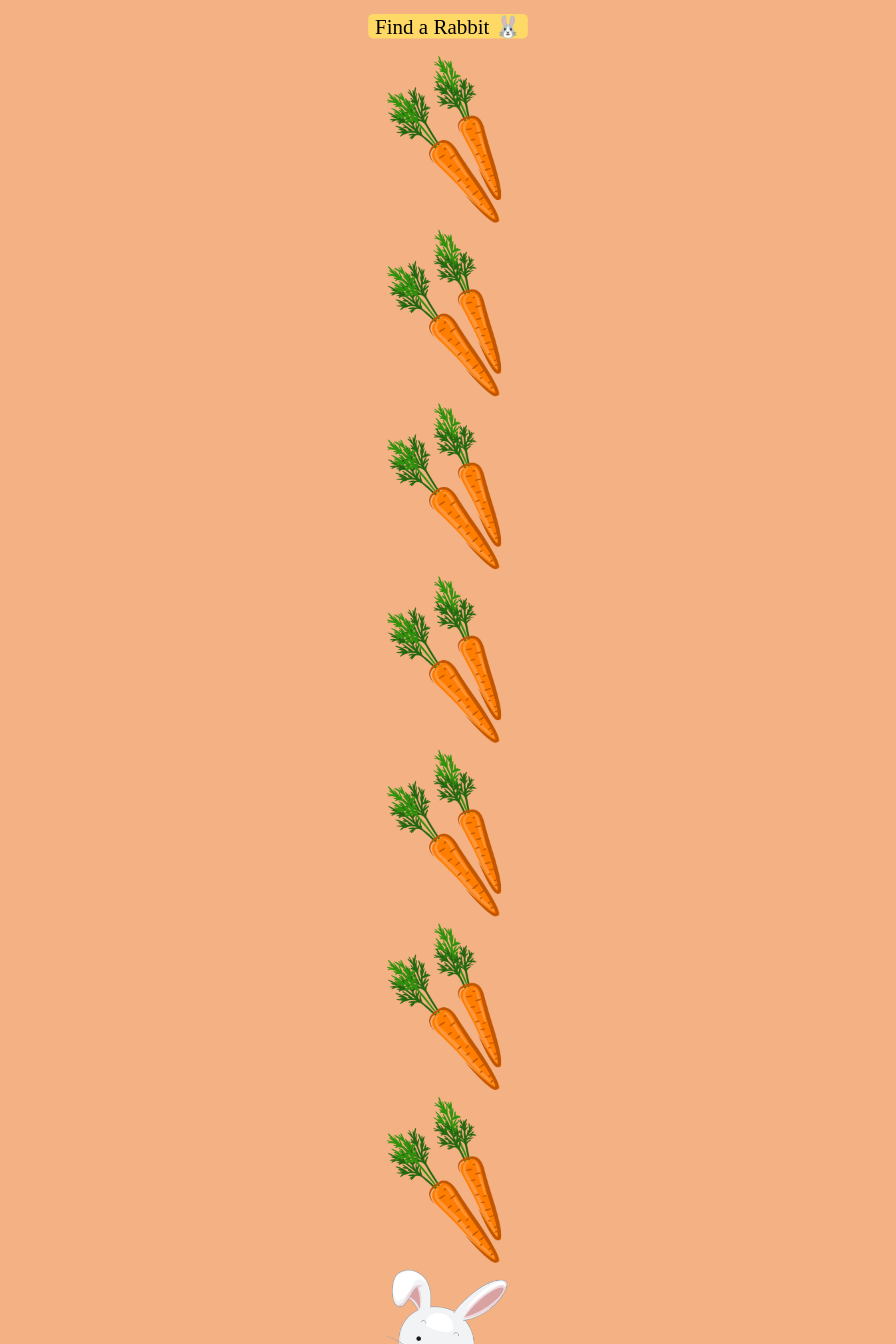
Repository: sephinejo/frontend-browser-101
Page: browser/practice-find-rabbit/index.html
An editor plug-in stored every save of this project. The page is shown before and after the next save, followed by the edit.
The browser window is 1280 px wide. The pictures show the part of the page from y = 0 to 1920 px (the page is 3016 px tall before and 3026 px after), at 70% of full size.
Some web fonts or font styles are not loaded; a fallback is used.

Above is the page before, as saved 2023-05-10 21:16:49.

### browser/practice-find-rabbit/index.html
<!DOCTYPE html>
<html lang="en">
  <head>
    <meta charset="UTF-8" />
    <meta name="viewport" content="width=device-width, initial-scale=1.0" />
    <title>Scroll</title>
    <link rel="preconnect" href="https://fonts.googleapis.com" />
    <link rel="preconnect" href="https://fonts.gstatic.com" crossorigin />
    <link
      href="https://fonts.googleapis.com/css2?family=Alice&display=swap"
      rel="stylesheet"
    />
    <style>
      body {
        margin: 0;
        display: flex;
        flex-direction: column;
        align-items: center;
        background-color: #f4b183;
      }

      button {
        border-style: none;
        border-radius: 7px;
        margin: 20px 0;
        padding: 0 10px;
        background-color: #ffd966;
        font-size: 30px;
        font-family: Alice;
      }

      img {
        margin: 5px;
        width: 175px;
      }
    </style>
  </head>
  <body>
    <button>Find a Rabbit 🐰</button>
    <img src="img/carrot.png" alt="carrot" />
    <img src="img/carrot.png" alt="carrot" />
    <img src="img/carrot.png" alt="carrot" />
    <img src="img/carrot.png" alt="carrot" />
    <img src="img/carrot.png" alt="carrot" />
    <img src="img/carrot.png" alt="carrot" />
    <img src="img/carrot.png" alt="carrot" />
    <img src="img/rabbit.png" alt="rabbit" />
    <img src="img/carrot.png" alt="carrot" />
    <img src="img/carrot.png" alt="carrot" />
    <img src="img/carrot.png" alt="carrot" />
    <img src="img/carrot.png" alt="carrot" />

    <script></script>
  </body>
</html>

After the next save:
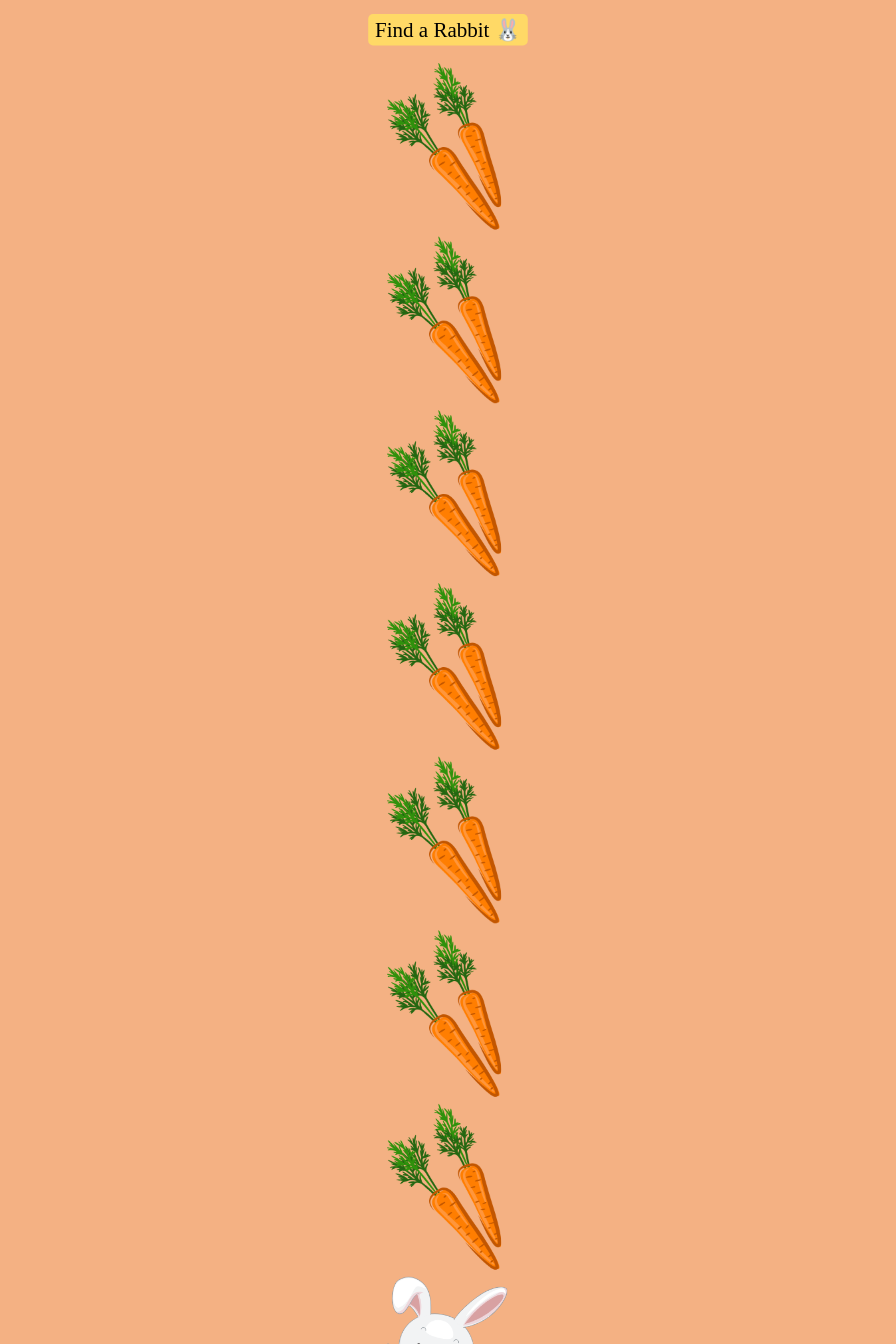
Saved 6 s later.
--- a/browser/practice-find-rabbit/index.html
+++ b/browser/practice-find-rabbit/index.html
@@ -23,7 +23,7 @@
         border-style: none;
         border-radius: 7px;
         margin: 20px 0;
-        padding: 0 10px;
+        padding: 5px 10px;
         background-color: #ffd966;
         font-size: 30px;
         font-family: Alice;
